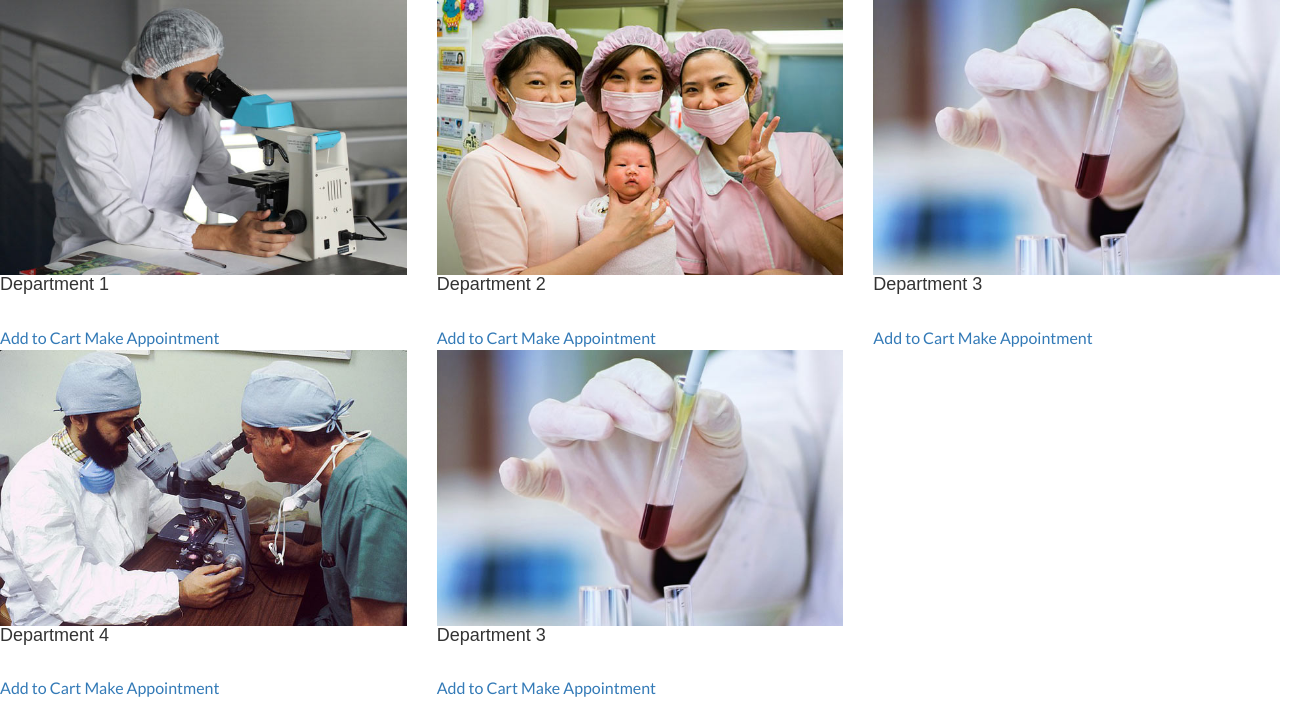
Repository: 72-faisal/work_to_do
Page: http://localhost/Khajina_Doctor/Department-home.jsp
An editor plug-in stored every save of this project. The page is shown before and after the next save, followed by the edit.
The browser window is 1280 px wide. The page is 1295 px wide, so the pictures cover 1295 px, including what lies to the right of the window. The pictures show the whole page.
Some web fonts or font styles are not loaded; a fallback is used. The page is served by Tomcat 9.

Above is the page before, as saved 2023-04-15 19:32:02.

After the next save:
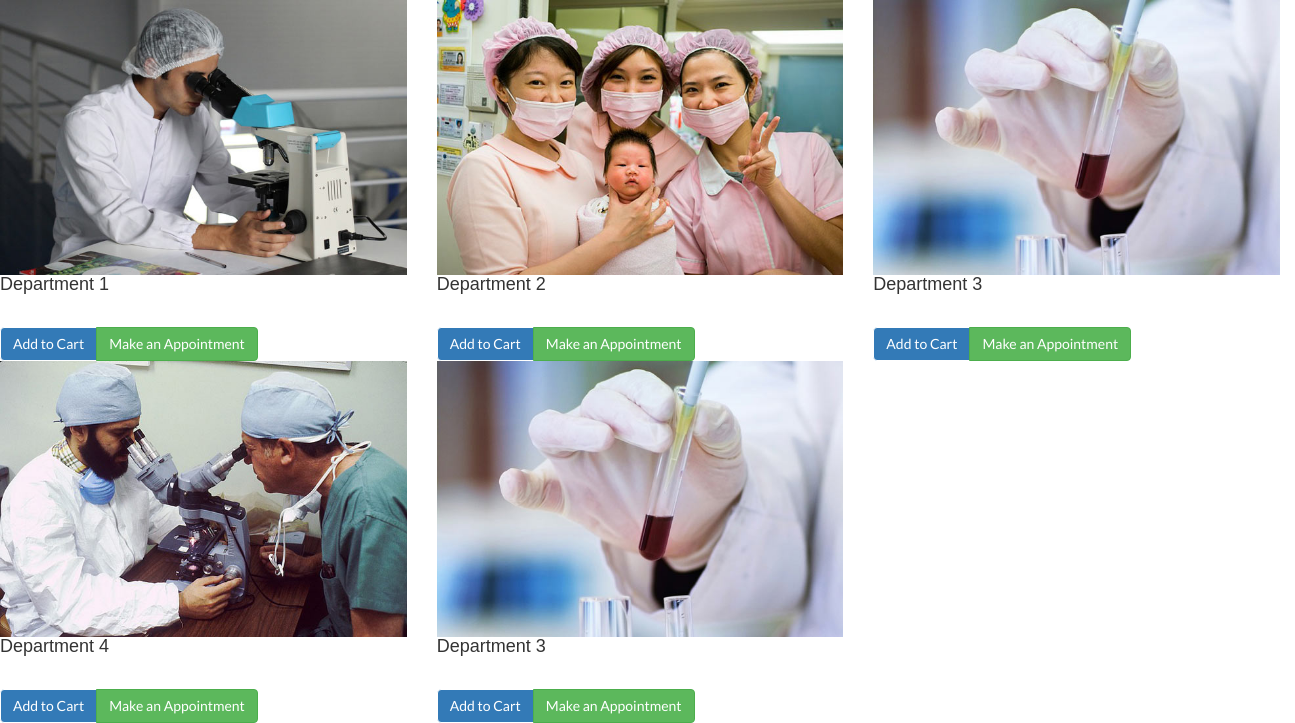
Saved 3 min 20 s later.
--- a/Khajina_Doctor/Khajina_Doctor/src/main/webapp/Department-home.jsp
+++ b/Khajina_Doctor/Khajina_Doctor/src/main/webapp/Department-home.jsp
@@ -38,9 +38,9 @@ Smartphone Compatible web template, free web designs for Nokia, Samsung, LG, Son
                     <li><a href="#" class="w3_instagram"><i class="fa fa-instagram"></i></a></li>
                     <li><a href="#" class="w3_google"><i class="fa fa-google-plus"></i></a></li>
                 </ul>
-                <div class="buttons">
-                    <a href="#" class="button1">Add to Cart</a>
-                    <a href="#" class="button2">Make Appointment</a>
+               <div class="btn-group" role="group">
+                    <button type="button" class="btn btn-primary">Add to Cart</button>
+                    <button type="button" class="btn btn-success">Make an Appointment</button>
                 </div>
             </div>
         </div>
@@ -54,9 +54,9 @@ Smartphone Compatible web template, free web designs for Nokia, Samsung, LG, Son
                     <li><a href="#" class="w3_instagram"><i class="fa fa-instagram"></i></a></li>
                     <li><a href="#" class="w3_google"><i class="fa fa-google-plus"></i></a></li>
                 </ul>
-                <div class="buttons">
-                    <a href="#" class="button1">Add to Cart</a>
-                    <a href="#" class="button2">Make Appointment</a>
+               <div class="btn-group" role="group">
+                    <button type="button" class="btn btn-primary">Add to Cart</button>
+                    <button type="button" class="btn btn-success">Make an Appointment</button>
                 </div>
             </div>
         </div>
@@ -70,9 +70,9 @@ Smartphone Compatible web template, free web designs for Nokia, Samsung, LG, Son
                     <li><a href="#" class="w3_instagram"><i class="fa fa-instagram"></i></a></li>
                     <li><a href="#" class="w3_google"><i class="fa fa-google-plus"></i></a></li>
                 </ul>
-                <div class="buttons">
-                    <a href="#" class="button1">Add to Cart</a>
-                    <a href="#" class="button2">Make Appointment</a>
+                <div class="btn-group" role="group">
+                    <button type="button" class="btn btn-primary">Add to Cart</button>
+                    <button type="button" class="btn btn-success">Make an Appointment</button>
                 </div>
             </div>
         </div>
@@ -88,9 +88,9 @@ Smartphone Compatible web template, free web designs for Nokia, Samsung, LG, Son
                     <li><a href="#" class="w3_instagram"><i class="fa fa-instagram"></i></a></li>
                     <li><a href="#" class="w3_google"><i class="fa fa-google-plus"></i></a></li>
                 </ul>
-                <div class="buttons">
-                    <a href="#" class="button1">Add to Cart</a>
-                    <a href="#" class="button2">Make Appointment</a>
+               <div class="btn-group" role="group">
+                    <button type="button" class="btn btn-primary">Add to Cart</button>
+                    <button type="button" class="btn btn-success">Make an Appointment</button>
                 </div>
             </div>
         </div>
@@ -104,14 +104,14 @@ Smartphone Compatible web template, free web designs for Nokia, Samsung, LG, Son
                     <li><a href="#" class="w3_instagram"><i class="fa fa-instagram"></i></a></li>
                     <li><a href="#" class="w3_google"><i class="fa fa-google-plus"></i></a></li>
                 </ul>
-                <div class="buttons">
-                    <a href="#" class="button1">Add to Cart</a>
-                    <a href="#" class="button2">Make Appointment</a>
+               <div class="btn-group" role="group">
+                    <button type="button" class="btn btn-primary">Add to Cart</button>
+                    <button type="button" class="btn btn-success">Make an Appointment</button>
                 </div>
             </div>
         </div>
     </div>
-
+</div>
 <!-- //girds_agileits -->
 </body>
 </html>
